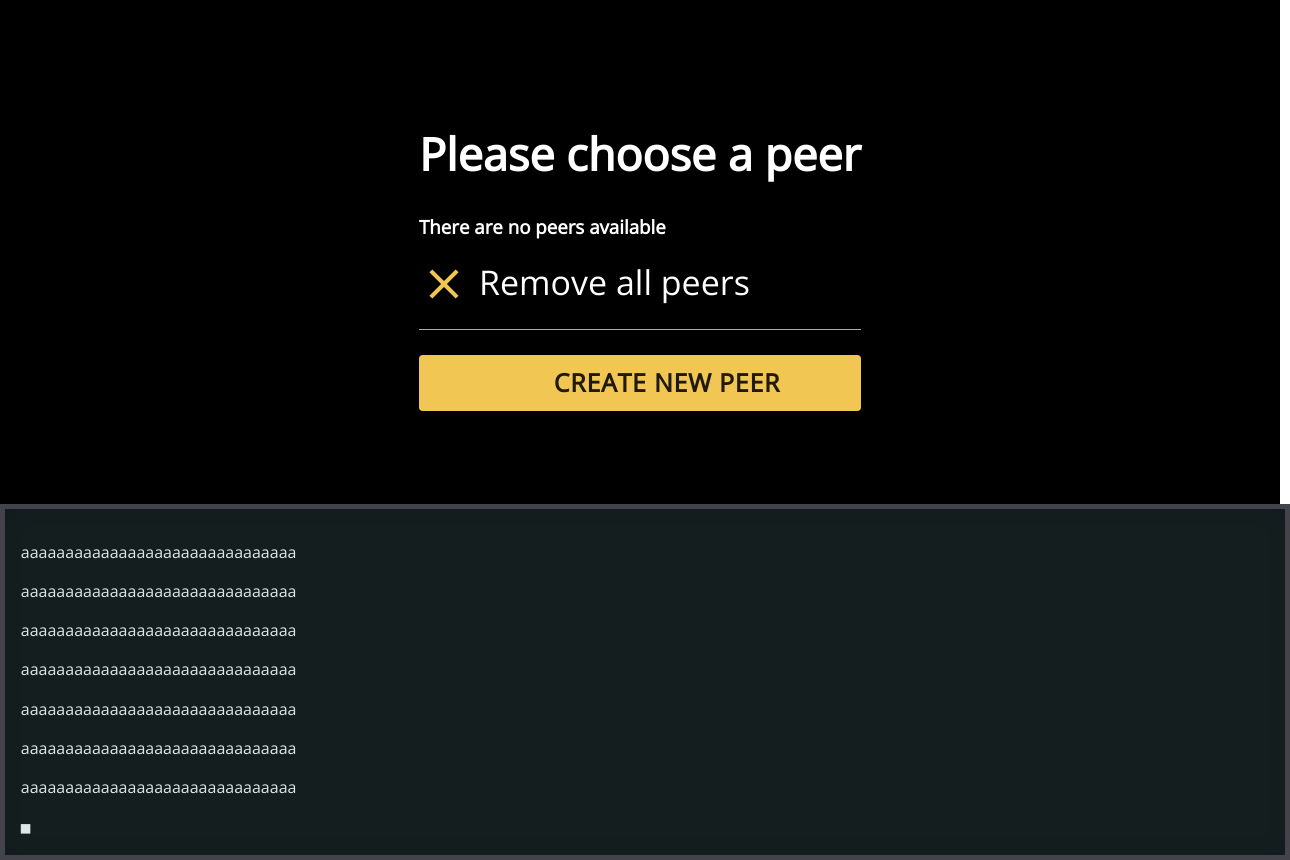
Repository: Bachdz/ASAP-Gui-Frontend
Page: /login
An editor plug-in stored every save of this project. The page is shown before and after the next save, followed by the edit.
The browser window is 1280 px wide. The page is 1290 px wide, so the pictures cover 1290 px, including what lies to the right of the window. The pictures show the whole page.
The page's requests for data from a server got no answer. The project was rebuilt for these pictures with package versions that can differ from the ones it lists, and the page was loaded fresh each time. No one was signed in, and anything a server would have sent is missing. Also part of the build but not shown: src/css/loginscreen/Peer.css, src/components/fragments/Footer.js, src/components/mainscreen/subcomponents/Apps.js, src/css/mainscreen/Main.css, src/components/mainscreen/Main.js.

Above is the page before, as saved 2020-12-16 19:39:03.

After the next save:
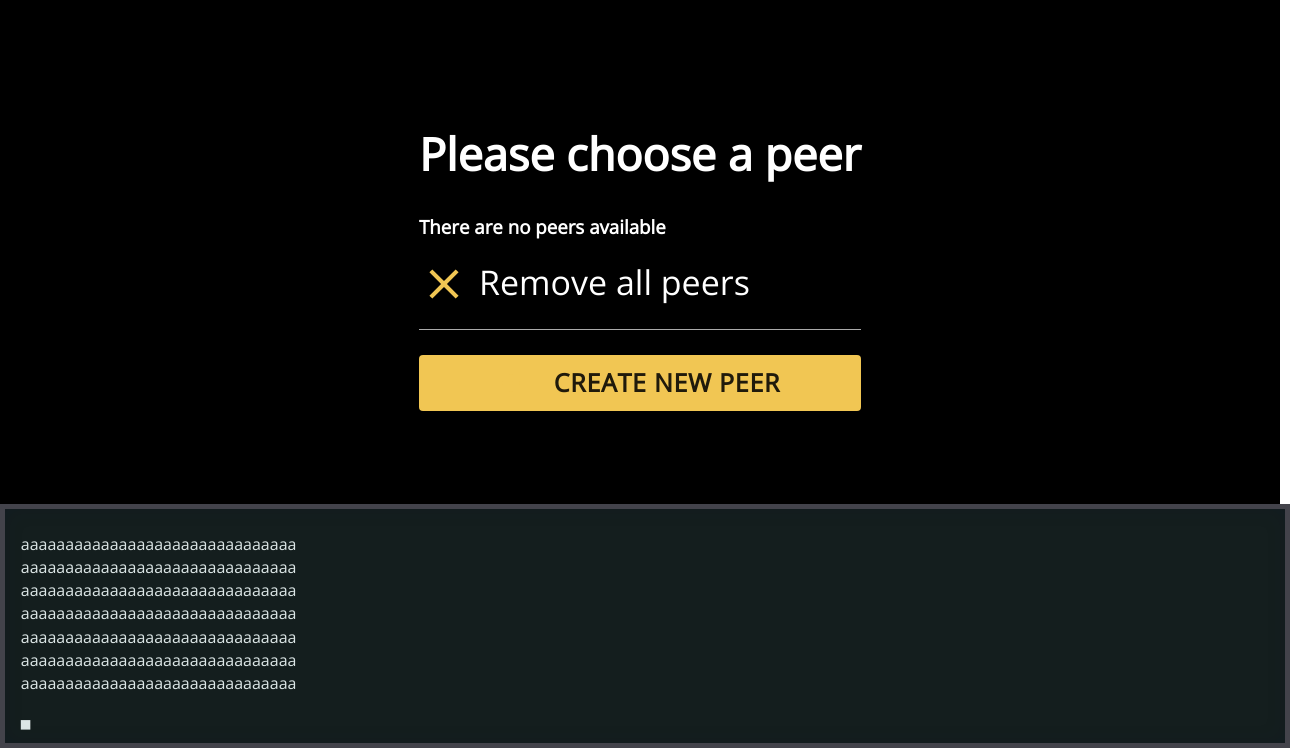
Saved 2 min 23 s later.
--- a/src/css/Terminal.css
+++ b/src/css/Terminal.css
@@ -88,7 +88,7 @@
     margin: 0 auto;
     font-family: Monaco, Consolas, "Lucida Console", monospace;
     padding: 1em 1em 2.5em 1em;
-    line-height: 1.45;
+    line-height: 0.45;
     position: relative;
     overflow-y: scroll;
 
